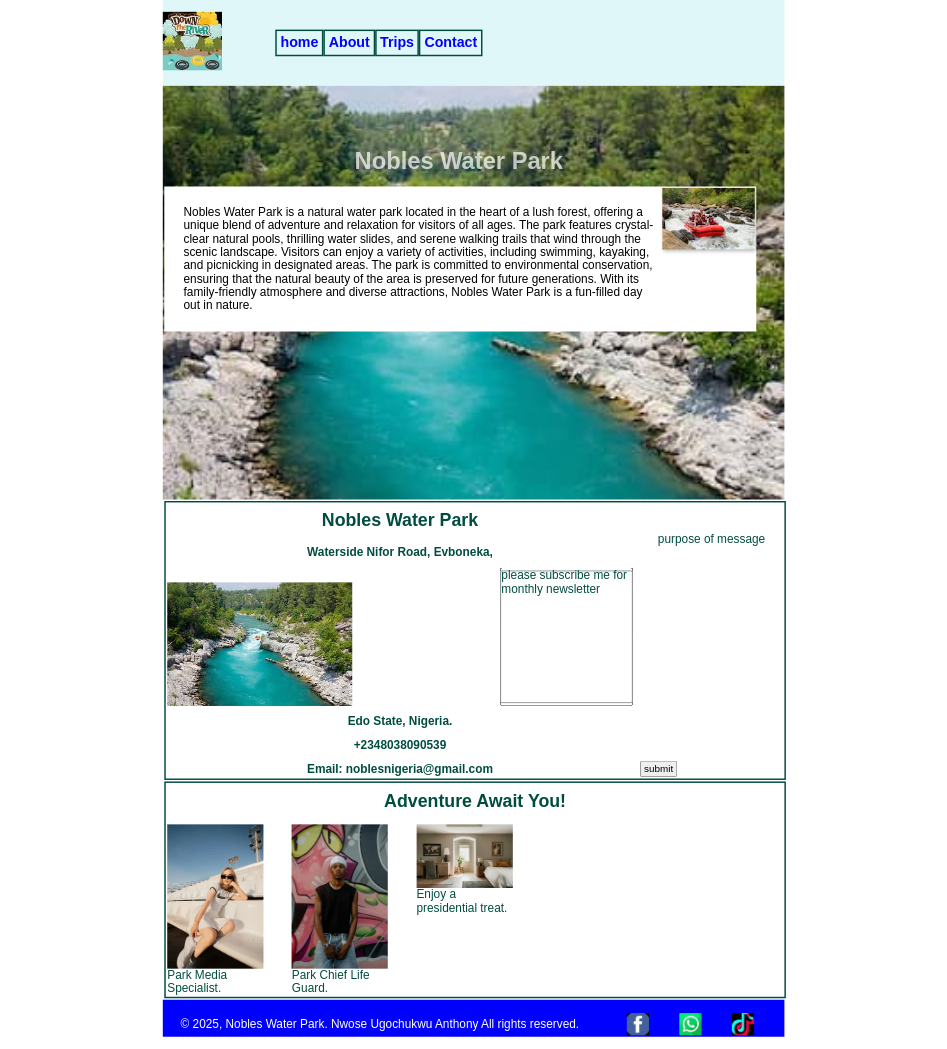
Repository: NoblesNigeria/wdd130
Page: wwr/contact.html
An editor plug-in stored every save of this project. The page is shown before and after the next save, followed by the edit.
The browser window is 1280 px wide. The pictures show the whole page, at 74% of full size.

Above is the page before, as saved 2025-09-24 14:57:28.

### wwr/contact.html
<!DOCTYPE html>
<html lang="en">

<head>
    <meta charset="UTF-8">
    <meta name="viewport" content="width=device-width, initial-scale=1.0">
    <title>Nobles Water Park</title>
    <meta name="description" content=" Nobles natural water park, a place for friends and family fun. ">
    <meta name="author" content="Nwose Ugochukwu Anthony">
    <link rel="stylesheet" href="styles/rafting.css">
</head>

<body>
    <header>
        <img src="images/mylogo.jpg" alt="Nobles Water Park Logo">
        <nav>
            <a href="#">home</a>
            <a href="#">About</a>
            <a href="#">Trips</a>
            <a href="#">Contact</a>
        </nav>
    </header>
    <main>
        <div class="hero">
            <img src="images/myhero.jpg" alt="Nobles Water Park">
            <h1>Nobles Water Park</h1>
            <article>
                <img src="images/mycaption.jpg" alt="We are very happy to staffs here.">
                <p>Nobles Water Park is a natural water park located in the heart of a lush forest, offering a unique
                    blend of adventure and relaxation for visitors of all ages. The park features crystal-clear natural
                    pools, thrilling water slides, and serene walking trails that wind through the scenic landscape.
                    Visitors can enjoy a variety of activities, including swimming, kayaking, and picnicking in
                    designated areas. The park is committed to environmental conservation, ensuring that the natural
                    beauty of the area is preserved for future generations. With its family-friendly atmosphere and
                    diverse attractions, Nobles Water Park is a fun-filled day out in nature.
                </p>

            </article>
        </div>
        <form>
            <h2>Nobles Water Park</h2>
            <h3>Waterside Nifor Road, Evboneka,</h3>
            <h3>Edo State, Nigeria.</h3>
            <h3>+2348038090539</h3>
            <h3>Email: noblesnigeria@gmail.com</h3>
            <img src="images/myhero.jpg" alt="Nobles Water Park">
            <label for="name">fullname</label>
            <input type="text" id="fullname" name="fullname">
            <label for="email">email</label>
            <input type="text" id="email" name="email">
            <p>purpose of message</p>
            <input type="radio" id="general enquiries" name="general enquiries">
            <label for="name">general enquiries</label>
            <input type="radio" id="reservation questions" name="reservation questions">
            <label for="name">reservation questions</label>
            <input type="radio" id="website suggestions" name="website suggestions">
            <label for="name">website suggestions</label>
            <label for="name">enter message</label>
            <input type="textarea" id="enter message" name="enter message">
            <input type="checkbox" id="please subscribe me for monthly newsletter"
                name="please subscribe me for monthly newsletter">
            <label for="name">please subscribe me for monthly newsletter</label>
            <button type="submit">submit</button>
        </form>
        <section>
            <h2>Adventure Await You!</h2>

            <figure>
                <img src="images/aganufa-ashionye.jpg" alt="Nobles Water Park">
                <figcaption>Park Media Specialist.</figcaption>
            </figure>
            <figure>
                <img src="images/enudi-chukwuka.jpg" alt="Nobles Water Park">
                <figcaption>Park Chief Life Guard.</figcaption>
            </figure>
            <figure>
                <img src="images/nobles-park-lodge.jpg" alt="Nobles Water Park">
                <figcaption>Enjoy a presidential treat.</figcaption>
            </figure>
        </section>
    </main>

    <footer>
        <p>&copy; 2025, Nobles Water Park. Nwose Ugochukwu Anthony All rights reserved.</p>
        <a href="https://www.facebook.com">
            <img src="images/facebookicon.jpg" alt="Facebook">
        </a>
        <a href="https://www.whatsapp.com">
            <img src="images/whatsappicon.jpg" alt="whatsapp">
        </a>
        <a href="https://www.tiktok.com">
            <img src="images/tik-tokicon.jpg" alt="tiktok">
        </a>
    </footer>
</body>

</html>

### wwr/styles/rafting.css
:root{
    --primary-color: #e0f7fa;
    --secondary-color: #004d40;
    --accent-color: #00796b;
    --font-family: 'Arial', sans-serif;
    --header-font-size: 2.5em;
    --body-font-size: 1em;
}
header{
    display: grid;
    background-color: var(--primary-color);
    grid-template-columns: repeat(5, 1fr);
    color: var(--secondary-color);
    padding: 1em 0;
    font-family: var(--font-family);
}
*{
    box-sizing: border-box;
    margin: 0;
    padding: 0;
}
header nav {
    background-color: none;
    display:flex;
    justify-content: center;
    align-items: center;
}
header nav a {
    color: blue;
    display: block;
    text-decoration: none;
    font-weight: bold;
    font-size: 1.2rem;
    padding: 5px;
    align-items: center;
    justify-content: center;
    border: 2px solid var(--secondary-color);
}

header img{
    width: 80px;
    height: auto;
    display: block;
}
body{
    font-family: var(--font-family);
    color: var(--secondary-color);
}
header, main, footer{
    margin: 0 auto;
    width: 840px;
}
h1, h2{
    font-family: var(--font-family);
    color: var(--secondary-color);
}
nav, p, section,article {
    margin: 16px;
    padding: 8px;
}
section, form{
    display:grid;
    grid-template-columns: repeat(5, 1fr);
    gap: 10px;
    width:840px;
    height: auto;
    margin: 2px;
    padding: 2px;
    border: 2px solid var(--secondary-color);
}
section h2{
    display: flex;
    flex-direction: column;
    align-items: center;
    justify-content: 3/4;
    padding: 8px;
    position: block;
    grid-column: 1/6;
}
form h2{
    display: flex;
    flex-direction: column;
    align-items: center;
    justify-content: 3/4;
    padding: 8px;
    position: block;
    grid-column: 1/6;
    grid-row:1;
}
form h3{
    display: flex;
    flex-direction: column;
    align-items: center;
    justify-content: 3/4;
    padding: 2px;
    position: block;
    grid-column: 1/6;
    font-size: medium;
}
label {
  text-align: left;
  padding:2px;
}

form label, input{
    display: flex;
    flex-direction: column;
    grid-column:4/6;
    grid-row:3/6;
}
label,input{
    display:flex;
    flex-direction:column;
}
button{
    width:50px;
    align-items: right;
}
form img{
    width: 250px;
    display: flex;
    grid-column: 1/2;
    grid-row: 5/6;
}

figure img,figcaption{
    width: 130px;
    display: flex;
    flex-direction: column;
    justify-content: center;
    align-items: center;
    grid-column: 1/2, 3/4, 5/6;
}

.div{
    position: relative;
}
div img{
    width: 100%;
    height: auto;
    display: block;
}
h1{
    position: absolute;
    top: 200px;
    width: 800px;
    color: white;
    padding: 0;
    text-align: center;
    opacity: 0.7;
}
article{
    position: absolute;
    top: 250px;
    width: 800px;
    border: 2px;
    padding: 2px;
    margin:2px;
    color: black;
    background-color: white;
}
.hero article img{
    float: right;
    width: 125px;
    box-shadow: 2px 2px 5px rgba(0,0,0,0.3);
}
footer{
    display: grid;
    grid-template-rows: repeat(5, auto);
    background-color:blue;
    color: white;
    height: 50px;
}
p, footer a{
    display: flex;
    flex-direction: row;
    justify-content: 1/5;
    align-items: center;
    position: relative;
    grid-row: 1/5;
    font-size: var(--body-font-size);
}
footer a img{
    width: 30px;
    height: 30px;
}

After the next save:
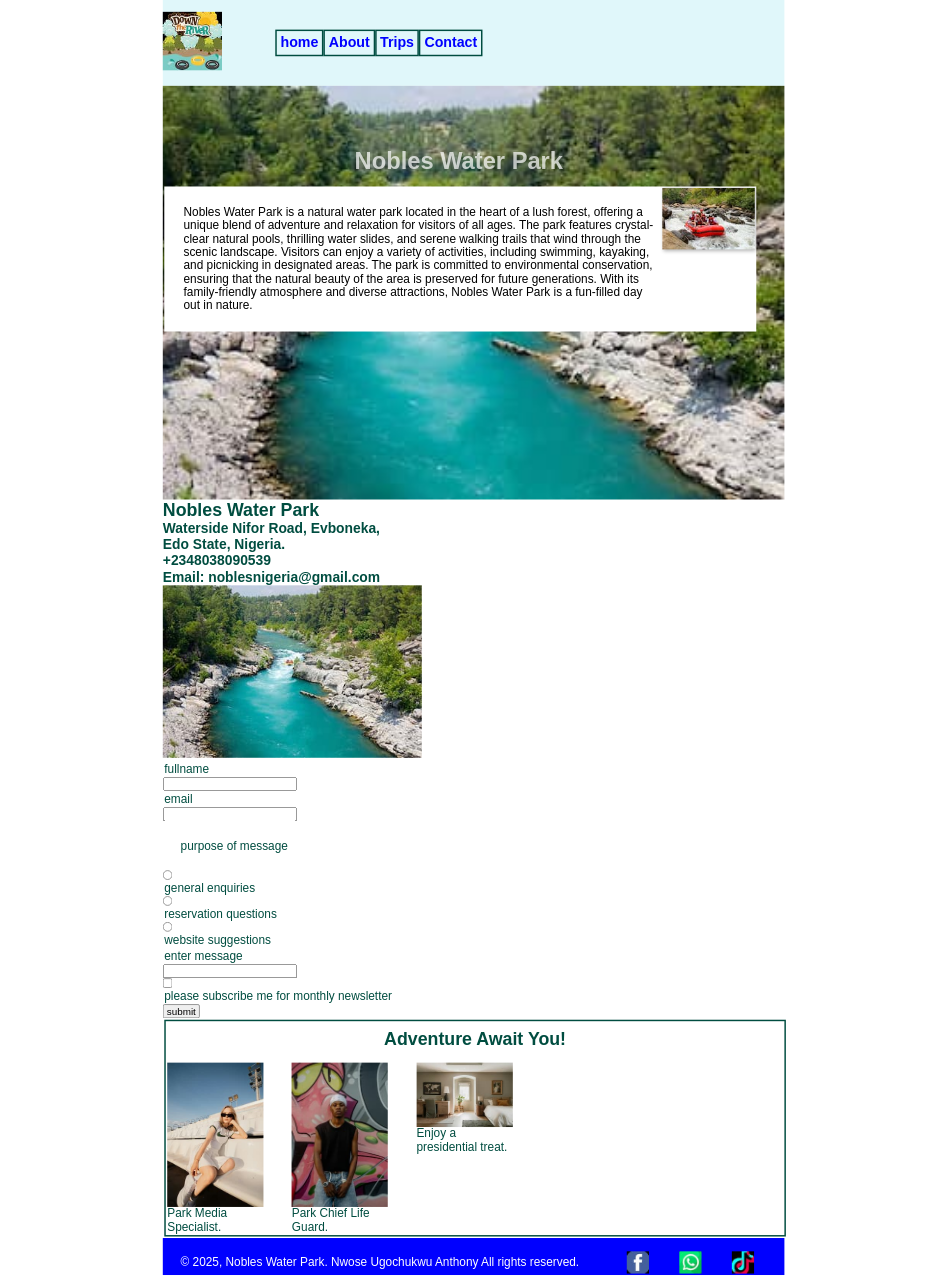
Saved 26 min 9 s later.
--- a/wwr/contact.html
+++ b/wwr/contact.html
@@ -37,7 +37,7 @@
 
             </article>
         </div>
-        <form>
+        <aside>
             <h2>Nobles Water Park</h2>
             <h3>Waterside Nifor Road, Evboneka,</h3>
             <h3>Edo State, Nigeria.</h3>
@@ -61,7 +61,7 @@
                 name="please subscribe me for monthly newsletter">
             <label for="name">please subscribe me for monthly newsletter</label>
             <button type="submit">submit</button>
-        </form>
+        </aside>
         <section>
             <h2>Adventure Await You!</h2>
 

After the save that followed:
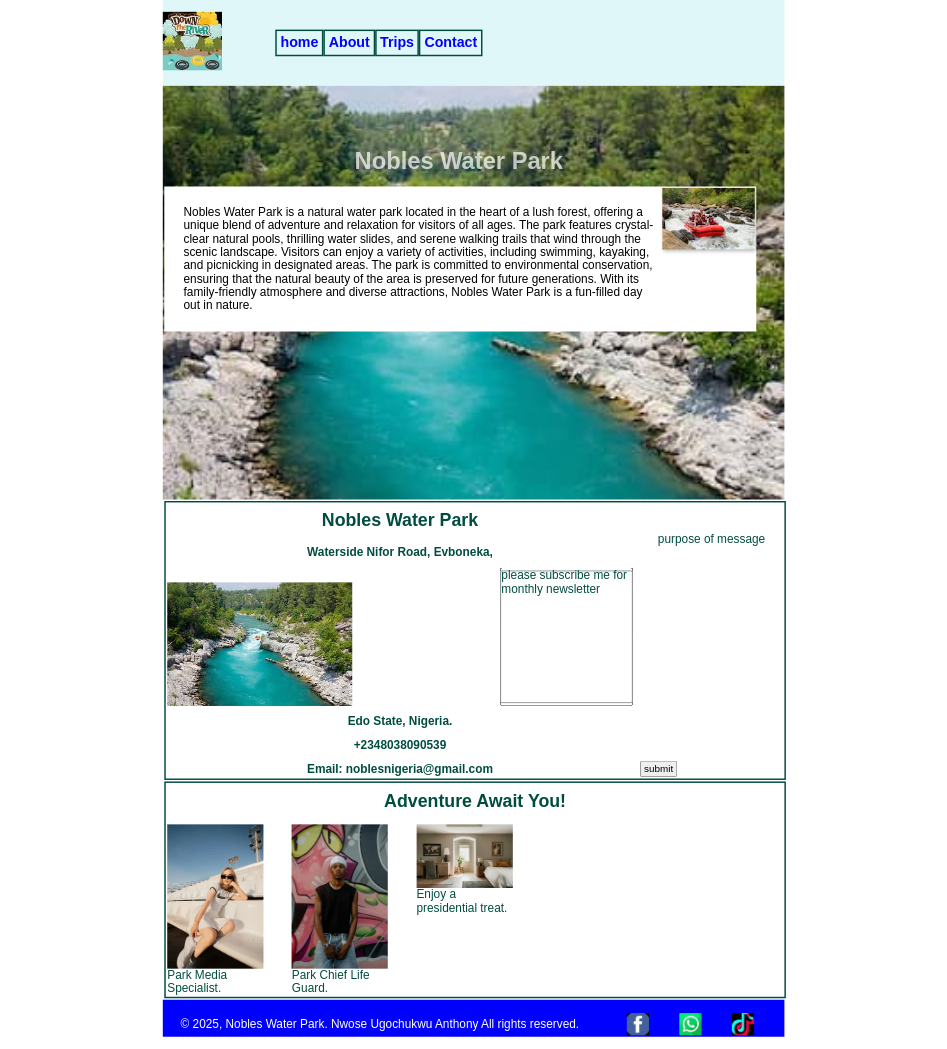
Saved 92 s later.
--- a/wwr/styles/rafting.css
+++ b/wwr/styles/rafting.css
@@ -58,7 +58,7 @@ nav, p, section,article {
     margin: 16px;
     padding: 8px;
 }
-section, form{
+section, aside{
     display:grid;
     grid-template-columns: repeat(5, 1fr);
     gap: 10px;
@@ -77,7 +77,7 @@ section h2{
     position: block;
     grid-column: 1/6;
 }
-form h2{
+h2{
     display: flex;
     flex-direction: column;
     align-items: center;
@@ -87,7 +87,7 @@ form h2{
     grid-column: 1/6;
     grid-row:1;
 }
-form h3{
+h3{
     display: flex;
     flex-direction: column;
     align-items: center;
@@ -102,7 +102,7 @@ label {
   padding:2px;
 }
 
-form label, input{
+label, input{
     display: flex;
     flex-direction: column;
     grid-column:4/6;
@@ -116,7 +116,7 @@ button{
     width:50px;
     align-items: right;
 }
-form img{
+aside img{
     width: 250px;
     display: flex;
     grid-column: 1/2;
